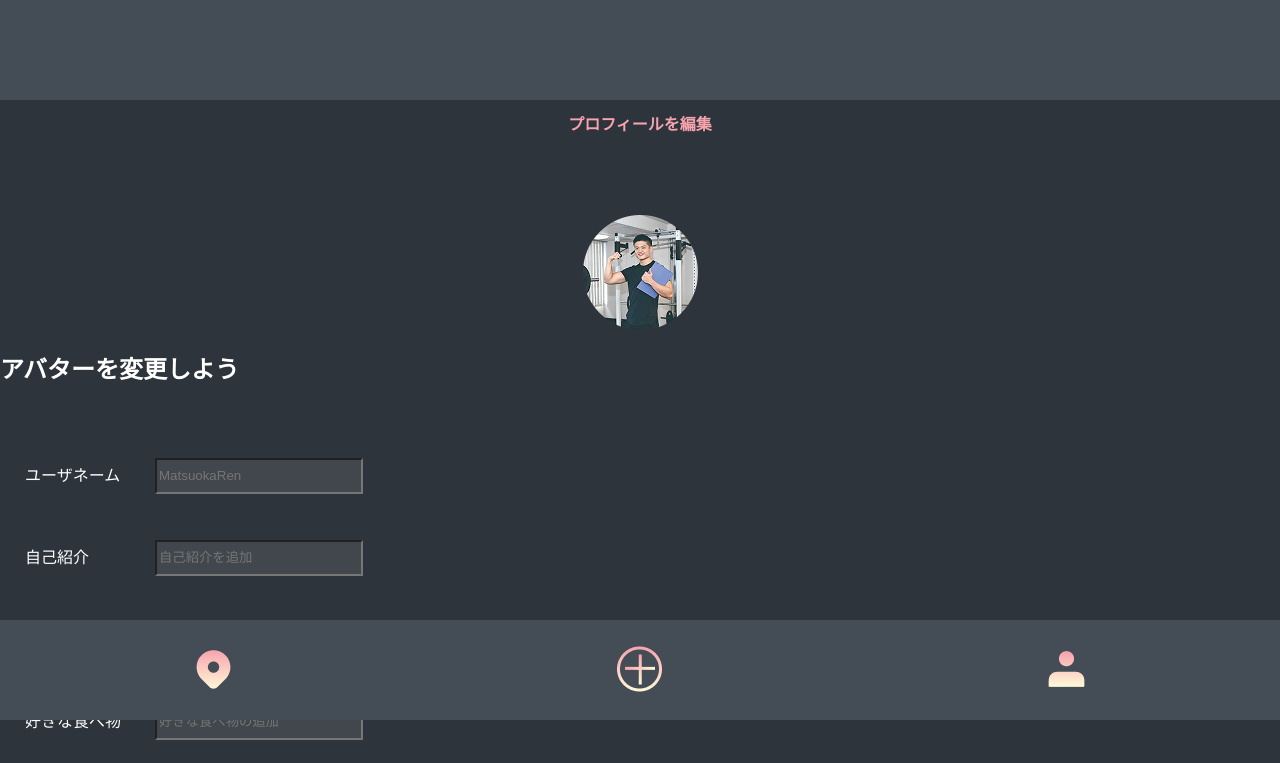
Repository: ren0714poo/respos
Page: edit.html
The author's editor kept a copy of each file at every save. The page is drawn from the files as they stood at one save, then again after the next save.
The browser window is 1280 px wide. The pictures show the whole page.

Above is the page before, as saved 2025-07-17 14:33:38.

### edit.html
<!DOCTYPE html>
<html lang="ja">
<head>
  <meta charset="UTF-8">
  <meta name="viewport" content="width=device-width, initial-scale=1.0">
  <title>respos_edit</title>
  <link rel="stylesheet" href="css/edit.css">
</head>
<body>
  <header>
  </header>

  <main>
    <h1>プロフィールを編集</h1>
    <div class="edit_img"><img src="img/icon.png" alt="カメラ変更"></div>
    <h2>アバターを変更しよう</h2>
    <div class="edit">
      <div class="edit_flex">
        <p>ユーザネーム</p>
        <input type="text" placeholder="MatsuokaRen"><br>
      </div>
      <div class="edit_flex">
        <p>自己紹介</p>
        <input type="text" placeholder="自己紹介を追加"><br>
      </div>
      <div class="edit_flex">
        <p>リンク</p>
        <input type="text" placeholder="リンクを追加"><br>
      </div>
      <div class="edit_flex">
        <p>好きな食べ物</p>
        <input type="text" placeholder="好きな食べ物の追加">
      </div>


    </div>
  </main>

  <footer>
    <button type="button" id="pin" onclick="location.href='top.html'"><img src="img/tabler_map-pin-filled.png" alt="ピン"></button>
    <button type="button"><img src="img/post.png" alt="投稿"></button>
    <button type="button" id="profile" onclick="location.href='profile.html'"><img src="img/icon-park-solid_people.png" alt="プロフィール"></button>
  </footer>

</body>
</html>

### css/edit.css
@media screen and (max-width:480px){


}

html, body {
  color: white;
  background: #2D343C;
  height: 100%;
  margin: 0;
  padding: 0;
  display: grid;
  grid-template-rows: 100px calc(100vh - 200px) 100px;
  grid-template-areas:
  "header"
  "main"
  "footer"
  ;
}



header{
  width: 100%;
  height: 100px;
  background: #444C55;
  display: flex;
  grid-area: header;
}




main{
  width: 100%;
  height: 100%;
  grid-area: main;
}

.edit {
  margin-top: 50px;
  line-height: 50px;
}

h1{
  font-size: 16px;
  text-align: center;
  color: #F7A4AE;
}

.edit_flex{
  display: flex;
p{
  width: 100px;
  margin-left: 25px;
}
input{
  width: 200px;
  height: 30px;
  margin: auto 0;
  margin-left: 30px;
  background: rgba(152, 147, 147, 0.2);

}
}

.edit_img {
  display: flex;
  flex-direction: column;
  align-items: center;
  margin-top: 80px;
}











footer {
  background: #444C55;
  display: flex;
  justify-content: space-around;
  align-items: center;
}

footer button {
  background: transparent;
  border: none;
}

After the next save:
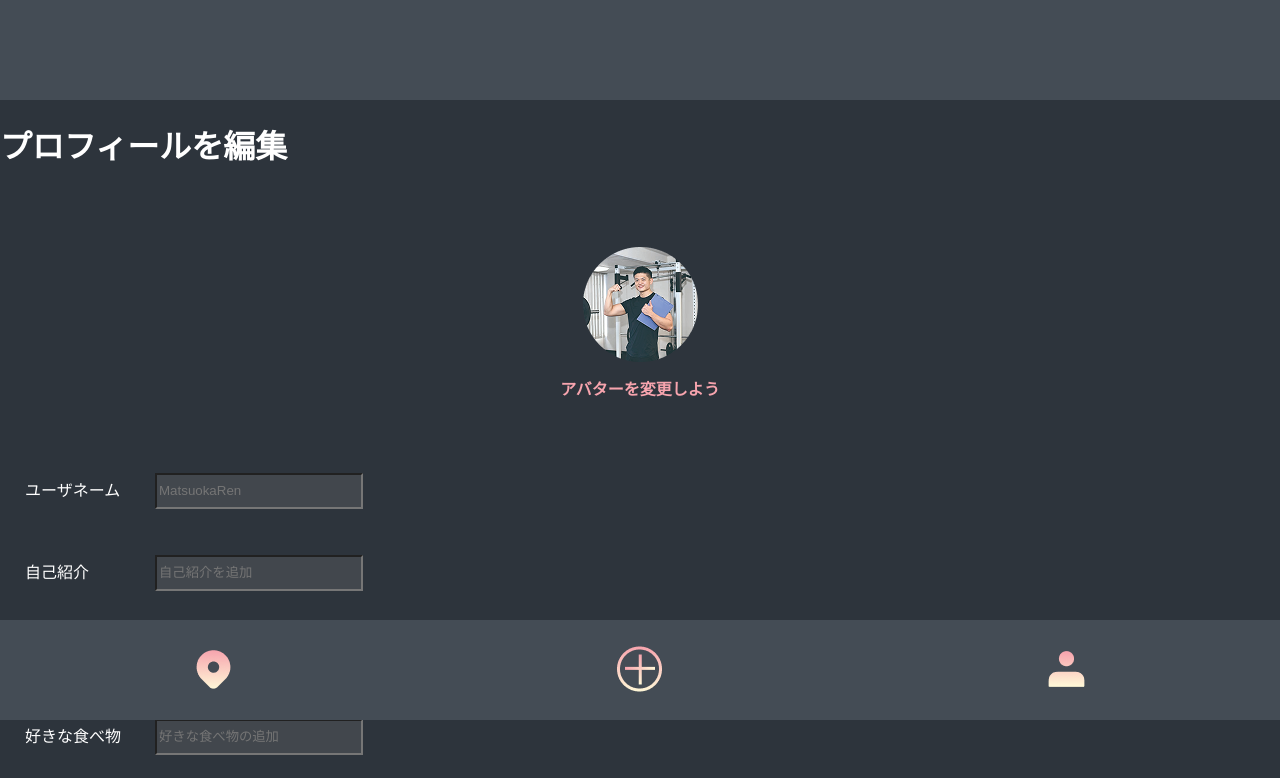
Saved 15 s later.
--- a/css/edit.css
+++ b/css/edit.css
@@ -42,7 +42,7 @@ main{
   line-height: 50px;
 }
 
-h1{
+h2{
   font-size: 16px;
   text-align: center;
   color: #F7A4AE;
